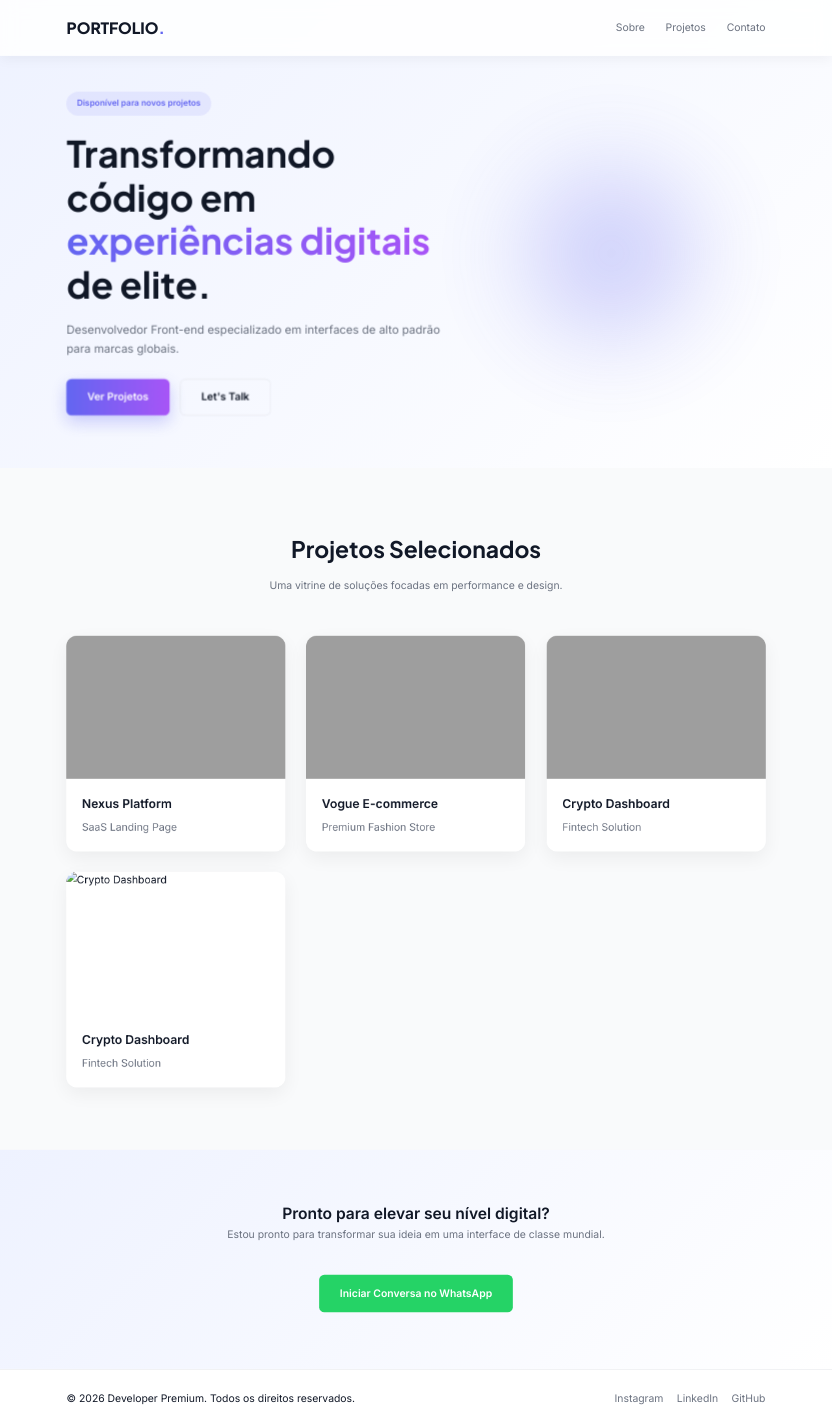
Repository: davidfsillva/David_Ferreira
Page: index.html
These files come from the project's save history. The page is drawn as it stood at one moment and after the next save; the edit follows.
The browser window is 1280 px wide. The pictures show the whole page, at 65% of full size.
Pictures or frames that could not be fetched are drawn as grey boxes.

Above is the page before, as saved 2026-02-11 10:19:47.
Not found: img/adv.png

### index.html
<!DOCTYPE html>
<html lang="pt-BR">
<head>
    <meta charset="UTF-8">
    <meta name="viewport" content="width=device-width, initial-scale=1.0">

    <title>David Ferreira | Desenvolvedor Front-end & UI Designer Premium</title>

    <!-- SEO Primário -->
    <meta name="description" content="David Ferreira é desenvolvedor front-end especializado em interfaces premium, landing pages de alta conversão e experiências digitais modernas.">
    <meta name="keywords" content="Desenvolvedor Front-end, Web Designer, UI Designer, Landing Page, Desenvolvimento Web, Freelancer Brasil">
    <meta name="author" content="David Ferreira">
    <meta name="robots" content="index, follow">
    <link rel="canonical" href="https://seudominio.com/">

    <!-- Open Graph (Facebook, LinkedIn) -->
    <meta property="og:title" content="David Ferreira | Desenvolvedor Front-end Premium">
    <meta property="og:description" content="Interfaces digitais de alto padrão, focadas em performance e conversão.">
    <meta property="og:image" content="https://seudominio.com/preview.jpg">
    <meta property="og:url" content="https://seudominio.com/">
    <meta property="og:type" content="website">

    <!-- Twitter Card -->
    <meta name="twitter:card" content="summary_large_image">
    <meta name="twitter:title" content="David Ferreira | Web Developer">
    <meta name="twitter:description" content="Desenvolvimento web premium focado em performance e design moderno.">
    <meta name="twitter:image" content="https://seudominio.com/preview.jpg">

    <!-- Favicon -->
    <link rel="icon" href="favicon.ico" type="image/x-icon">

    <!-- Fonts -->
    <link href="https://fonts.googleapis.com/css2?family=Inter:wght@300;400;600&family=Plus+Jakarta+Sans:wght@700;800&display=swap" rel="stylesheet">

    <link rel="stylesheet" href="style.css">
</head>


<body>

    <!-- NAVBAR -->
    <nav class="navbar">
        <div class="logo">PORTFOLIO<span>.</span></div>
        <ul class="nav-links">
            <li><a href="#about">Sobre</a></li>
            <li><a href="#portfolio">Projetos</a></li>
            <li><a href="#contact" class="btn-sm">Contato</a></li>
        </ul>
    </nav>

    <!-- HERO -->
    <section class="hero">
        <div class="hero-content">
            <span class="badge">Disponível para novos projetos</span>

            <h1>
                Transformando código em
                <span>experiências digitais</span> de elite.
            </h1>

            <p>
                Desenvolvedor Front-end especializado em interfaces de alto padrão para marcas globais.
            </p>

            <div class="hero-btns">
                <a href="#portfolio" class="btn-primary">Ver Projetos</a>
                <a href="#contact" class="btn-secondary">Let's Talk</a>
            </div>
        </div>

        <!-- Visual direito -->
        <div class="hero-visual">
            <div class="hero-glow"></div>
        </div>
    </section>

    <!-- PORTFÓLIO -->
    <section id="portfolio" class="portfolio">
        <div class="section-header">
            <h2>Projetos Selecionados</h2>
            <p>Uma vitrine de soluções focadas em performance e design.</p>
        </div>

        <div class="portfolio-grid">

            <!-- Projeto 1 -->
            <div class="project-card" onclick="openModal(0)">
                <div class="card-image">
                    <img src="https://images.unsplash.com/photo-1460925895917-afdab827c52f?auto=format&fit=crop&q=80&w=800"
                         alt="Nexus Platform">
                    <div class="card-overlay">
                        <span>Ver Detalhes</span>
                    </div>
                </div>
                <div class="card-info">
                    <h3>Nexus Platform</h3>
                    <p>SaaS Landing Page</p>
                </div>
            </div>

            <!-- Projeto 2 -->
            <div class="project-card" onclick="openModal(1)">
                <div class="card-image">
                    <img src="https://images.unsplash.com/photo-1551288049-bbbda536339a?auto=format&fit=crop&q=80&w=800"
                         alt="Vogue E-commerce">
                    <div class="card-overlay">
                        <span>Ver Detalhes</span>
                    </div>
                </div>
                <div class="card-info">
                    <h3>Vogue E-commerce</h3>
                    <p>Premium Fashion Store</p>
                </div>
            </div>

            <!-- Projeto 3 -->
            <div class="project-card" onclick="openModal(2)">
                <div class="card-image">
                    <img src="https://images.unsplash.com/photo-1558655146-d09347e92766?auto=format&fit=crop&q=80&w=800"
                         alt="Crypto Dashboard">
                    <div class="card-overlay">
                        <span>Ver Detalhes</span>
                    </div>
                </div>
                <div class="card-info">
                    <h3>Crypto Dashboard</h3>
                    <p>Fintech Solution</p>
                </div>
            </div>

                        <!-- Projeto 4 -->
            <div class="project-card" onclick="openModal(2)">
                <div class="card-image">
                    <img src="img/adv.png"
                         alt="Crypto Dashboard">
                    <div class="card-overlay">
                        <span>Ver Detalhes</span>
                    </div>
                </div>
                <div class="card-info">
                    <h3>Crypto Dashboard</h3>
                    <p>Fintech Solution</p>
                </div>
            </div>

        </div>
    </section>

    <!-- MODAL -->
    <div class="modal-overlay" id="modalOverlay">
        <div class="modal-content">
            <button class="close-modal">&times;</button>

            <div class="modal-body">
                <div class="modal-img" id="modalImg"></div>

                <div class="modal-text">
                    <h2 id="modalTitle">Nome do Projeto</h2>
                    <p id="modalDesc">Descrição detalhada aqui...</p>

                    <div class="tech-tags" id="modalTech"></div>

                    <div class="modal-actions">
                        <a href="#" class="btn-primary">Visitar Website</a>
                        <a href="https://wa.me/5599999999999" target="_blank" class="btn-secondary">
                            Solicitar Similar
                        </a>
                    </div>
                </div>
            </div>
        </div>
    </div>

    <!-- CTA -->
    <section id="contact" class="cta-section">
        <h2>Pronto para elevar seu nível digital?</h2>
        <p>Estou pronto para transformar sua ideia em uma interface de classe mundial.</p>

        <a href="https://wa.me/5599999999999" target="_blank" class="btn-whatsapp">
            Iniciar Conversa no WhatsApp
        </a>
    </section>

    <!-- FOOTER -->
    <footer>
        <div class="footer-content">
            <p>&copy; 2026 Developer Premium. Todos os direitos reservados.</p>

            <div class="social-links">
                <a href="#" target="_blank">Instagram</a>
                <a href="#" target="_blank">LinkedIn</a>
                <a href="#" target="_blank">GitHub</a>
            </div>
        </div>
    </footer>

    <!-- JS -->
    <script src="scripts.js"></script>

</body>
</html>

### style.css
:root {
  --primary: #6366f1;
  --primary-light: #818cf8;
  --accent: #a855f7;
  --text-dark: #111827;
  --text-light: #6b7280;
  --bg-light: #f9fafb;
  --white: #ffffff;
  --transition: all 0.3s ease;
}

/* RESET */
* {
  margin: 0;
  padding: 0;
  box-sizing: border-box;
}

html {
  scroll-behavior: smooth;
}

body {
  font-family: 'Inter', sans-serif;
  background: var(--bg-light);
  color: var(--text-dark);
  line-height: 1.6;
  animation: fadePage 0.8s ease-in-out;
}

@keyframes fadePage {
  from { opacity: 0; transform: translateY(10px); }
  to { opacity: 1; transform: translateY(0); }
}

/* NAVBAR */
.navbar {
  position: fixed;
  width: 100%;
  top: 0;
  padding: 1.5rem 8%;
  display: flex;
  justify-content: space-between;
  align-items: center;
  background: rgba(255,255,255,0.85);
  backdrop-filter: blur(12px);
  box-shadow: 0 4px 20px rgba(0,0,0,0.05);
  z-index: 1000;
  transition: var(--transition);
}

.logo {
  font-family: 'Plus Jakarta Sans', sans-serif;
  font-weight: 800;
  font-size: 1.5rem;
}

.logo span {
  color: var(--primary);
}

.nav-links {
  display: flex;
  list-style: none;
  gap: 2rem;
}

.nav-links a {
  text-decoration: none;
  color: var(--text-light);
  font-weight: 500;
  transition: var(--transition);
}

.nav-links a:hover {
  color: var(--primary);
  transform: translateY(-2px);
}

/* HERO */
.hero {
  min-height: 100vh;
  padding: 120px 8% 60px;
  display: flex;
  align-items: center;
  justify-content: space-between;
  background: linear-gradient(135deg, #eef2ff, #ffffff);
  flex-wrap: wrap;
}

.hero-content {
  max-width: 600px;
  animation: heroFade 1s ease 0.2s both;
}

@keyframes heroFade {
  from { opacity: 0; transform: translateY(40px); }
  to { opacity: 1; transform: translateY(0); }
}

.badge {
  display: inline-block;
  padding: 0.5rem 1rem;
  background: rgba(99,102,241,0.1);
  color: var(--primary);
  border-radius: 20px;
  font-size: 0.8rem;
  font-weight: 600;
  margin-bottom: 1.5rem;
}

.hero h1 {
  font-family: 'Plus Jakarta Sans', sans-serif;
  font-size: clamp(2rem, 5vw, 3.5rem);
  line-height: 1.2;
  margin-bottom: 1.5rem;
}

.hero h1 span {
  background: linear-gradient(90deg, var(--primary), var(--accent));
  -webkit-background-clip: text;
  -webkit-text-fill-color: transparent;
}

.hero p {
  font-size: 1.1rem;
  color: var(--text-light);
  margin-bottom: 2rem;
}

/* BUTTONS */
.btn-primary,
.btn-secondary,
.btn-whatsapp {
  display: inline-block;
  padding: 0.9rem 2rem;
  border-radius: 8px;
  text-decoration: none;
  font-weight: 600;
  transition: all 0.3s ease;
  position: relative;
  overflow: hidden;
}

.btn-primary {
  background: linear-gradient(90deg, var(--primary), var(--accent));
  color: white;
  box-shadow: 0 10px 25px rgba(99,102,241,0.3);
}

.btn-primary:hover {
  transform: translateY(-4px) scale(1.03);
}

.btn-primary:active {
  transform: scale(0.96);
}

.btn-primary::after {
  content: "";
  position: absolute;
  width: 200%;
  height: 200%;
  background: radial-gradient(circle, rgba(255,255,255,0.4), transparent 60%);
  top: -50%;
  left: -50%;
  opacity: 0;
  transition: opacity 0.4s ease;
}

.btn-primary:hover::after {
  opacity: 1;
}

.btn-secondary {
  border: 1px solid #e5e7eb;
  color: var(--text-dark);
  margin-left: 1rem;
}

.btn-secondary:hover {
  background: #f3f4f6;
  transform: translateY(-4px);
}

.btn-secondary:active {
  transform: scale(0.96);
}

.btn-whatsapp {
  background: #25d366;
  color: white;
}

.btn-whatsapp:hover {
  transform: translateY(-4px) scale(1.03);
}

.btn-whatsapp:active {
  transform: scale(0.96);
}

.hero-btns {
  display: flex;
  flex-wrap: wrap;
}

/* HERO VISUAL */
.hero-visual {
  flex: 1;
  min-height: 400px;
  display: flex;
  justify-content: center;
  align-items: center;
}

.hero-glow {
  width: 350px;
  height: 350px;
  background: radial-gradient(circle, rgba(99,102,241,0.4), transparent 70%);
  border-radius: 50%;
  filter: blur(60px);
  animation: pulseGlow 4s infinite ease-in-out;
}

@keyframes pulseGlow {
  0% { transform: scale(1); opacity: 0.7; }
  50% { transform: scale(1.1); opacity: 1; }
  100% { transform: scale(1); opacity: 0.7; }
}

/* PORTFOLIO */
.portfolio {
  padding: 6rem 8%;
}

.section-header {
  text-align: center;
  margin-bottom: 4rem;
}

.section-header h2 {
  font-family: 'Plus Jakarta Sans', sans-serif;
  font-size: 2.2rem;
  margin-bottom: 1rem;
}

.section-header p {
  color: var(--text-light);
}

.portfolio-grid {
  display: grid;
  grid-template-columns: repeat(auto-fit, minmax(280px, 1fr));
  gap: 2rem;
}

.project-card {
  background: var(--white);
  border-radius: 16px;
  overflow: hidden;
  box-shadow: 0 10px 30px rgba(0,0,0,0.06);
  cursor: pointer;
  transition: transform 0.4s ease, box-shadow 0.4s ease;
  will-change: transform;
}

.project-card:hover {
  transform: translateY(-12px) scale(1.03);
  box-shadow: 0 25px 50px rgba(99,102,241,0.2);
}

.card-image {
  position: relative;
  overflow: hidden;
}

.card-image img {
  width: 100%;
  height: 220px;
  object-fit: cover;
  display: block;
  transition: transform 0.6s ease;
}

.project-card:hover .card-image img {
  transform: scale(1.08);
}

.card-overlay {
  position: absolute;
  inset: 0;
  background: rgba(99,102,241,0.8);
  display: flex;
  justify-content: center;
  align-items: center;
  color: white;
  font-weight: 600;
  opacity: 0;
  transition: opacity 0.4s ease;
}

.project-card:hover .card-overlay {
  opacity: 1;
}

.card-info {
  padding: 1.5rem;
}

.card-info h3 {
  margin-bottom: 0.5rem;
}

.card-info p {
  color: var(--text-light);
}

/* CTA */
.cta-section {
  padding: 5rem 8%;
  text-align: center;
  background: linear-gradient(135deg, #eef2ff, #ffffff);
}

/* FOOTER */
footer {
  padding: 2rem 8%;
  background: var(--white);
  border-top: 1px solid #e5e7eb;
}

.footer-content {
  display: flex;
  justify-content: space-between;
  flex-wrap: wrap;
  gap: 1rem;
}

.social-links a {
  text-decoration: none;
  margin-left: 1rem;
  color: var(--text-light);
  transition: var(--transition);
}

.social-links a:hover {
  color: var(--primary);
  transform: translateY(-2px);
}

.cta-section p {
  color: var(--text-light);
  margin-bottom: 2.5rem; /* aumenta espaço abaixo do texto */
}

.btn-whatsapp {
  display: inline-block;
  background: #25d366;
  color: white;
  padding: 1rem 2rem;
  border-radius: 8px;
  text-decoration: none;
  font-weight: 600;
  transition: var(--transition);
  margin-top: 0.5rem; /* pequeno respiro extra */
}


/* MODAL */
.modal-overlay {
  position: fixed;
  inset: 0;
  background: rgba(0,0,0,0.6);
  display: none;
  justify-content: center;
  align-items: center;
  padding: 2rem;
  z-index: 2000;
}

.modal-content {
  background: white;
  width: 100%;
  max-width: 900px;
  border-radius: 20px;
  overflow: hidden;
  animation: modalZoom 0.4s cubic-bezier(.23,1,.32,1);
  position: relative;
}

@keyframes modalZoom {
  from { opacity: 0; transform: scale(0.85) translateY(20px); }
  to { opacity: 1; transform: scale(1) translateY(0); }
}

.modal-body {
  display: grid;
  grid-template-columns: 1fr 1fr;
}

.modal-img {
  min-height: 300px;
  background-size: cover !important;
}

.modal-text {
  padding: 2rem;
}

.close-modal {
  position: absolute;
  top: 20px;
  right: 25px;
  background: none;
  border: none;
  font-size: 2rem;
  cursor: pointer;
  transition: transform 0.3s ease;
}

.close-modal:hover {
  transform: rotate(90deg);
}

/* RESPONSIVO */
@media (max-width: 900px) {
  .hero {
    flex-direction: column;
    text-align: center;
  }

  .hero-visual {
    margin-top: 3rem;
  }

  .modal-body {
    grid-template-columns: 1fr;
  }
}

@media (max-width: 600px) {
  .navbar {
    padding: 1rem 5%;
  }

  .nav-links {
    display: none;
  }

  .hero {
    padding: 100px 5% 60px;
  }

  .portfolio {
    padding: 4rem 5%;
  }

  .cta-section {
    padding: 4rem 5%;
  }

  footer {
    padding: 2rem 5%;
  }

  .footer-content {
    flex-direction: column;
    text-align: center;
  }

  .social-links a {
    margin: 0 0.5rem;
  }
}

### scripts.js
// =============================
// NAVBAR SCROLL EFFECT
// =============================
const navbar = document.querySelector(".navbar");

window.addEventListener("scroll", () => {
  if (window.scrollY > 50) {
    navbar.style.padding = "1rem 8%";
    navbar.style.boxShadow = "0 8px 25px rgba(0,0,0,0.08)";
  } else {
    navbar.style.padding = "1.5rem 8%";
    navbar.style.boxShadow = "0 4px 20px rgba(0,0,0,0.05)";
  }
});

// =============================
// MODAL FUNCTIONALITY
// =============================
const modal = document.querySelector(".modal-overlay");
const modalImg = document.querySelector(".modal-img");
const modalTitle = document.querySelector(".modal-text h3");
const modalDesc = document.querySelector(".modal-text p");
const closeModal = document.querySelector(".close-modal");

const projectCards = document.querySelectorAll(".project-card");

projectCards.forEach(card => {
  card.addEventListener("click", () => {
    const title = card.querySelector("h3").innerText;
    const desc = card.querySelector("p").innerText;
    const img = card.querySelector("img").src;

    modalTitle.innerText = title;
    modalDesc.innerText = desc;
    modalImg.style.backgroundImage = `url(${img})`;

    modal.style.display = "flex";
    document.body.style.overflow = "hidden";
  });
});

// Fechar modal
closeModal.addEventListener("click", () => {
  modal.style.display = "none";
  document.body.style.overflow = "auto";
});

// Fechar clicando fora
modal.addEventListener("click", (e) => {
  if (e.target === modal) {
    modal.style.display = "none";
    document.body.style.overflow = "auto";
  }
});

// Fechar com ESC
document.addEventListener("keydown", (e) => {
  if (e.key === "Escape") {
    modal.style.display = "none";
    document.body.style.overflow = "auto";
  }
});

// =============================
// SCROLL REVEAL ANIMATION
// =============================
const revealElements = document.querySelectorAll(
  ".hero-content, .project-card, .section-header, .cta-section"
);

const observer = new IntersectionObserver(
  (entries) => {
    entries.forEach(entry => {
      if (entry.isIntersecting) {
        entry.target.style.opacity = "1";
        entry.target.style.transform = "translateY(0)";
      }
    });
  },
  { threshold: 0.2 }
);

revealElements.forEach(el => {
  el.style.opacity = "0";
  el.style.transform = "translateY(40px)";
  el.style.transition = "all 0.8s ease";
  observer.observe(el);
});

// =============================
// BUTTON MICRO INTERACTION
// =============================
const buttons = document.querySelectorAll(".btn-primary, .btn-secondary, .btn-whatsapp");

buttons.forEach(btn => {
  btn.addEventListener("mouseenter", () => {
    btn.style.transform = "scale(1.05)";
  });

  btn.addEventListener("mouseleave", () => {
    btn.style.transform = "scale(1)";
  });
});

After the next save:
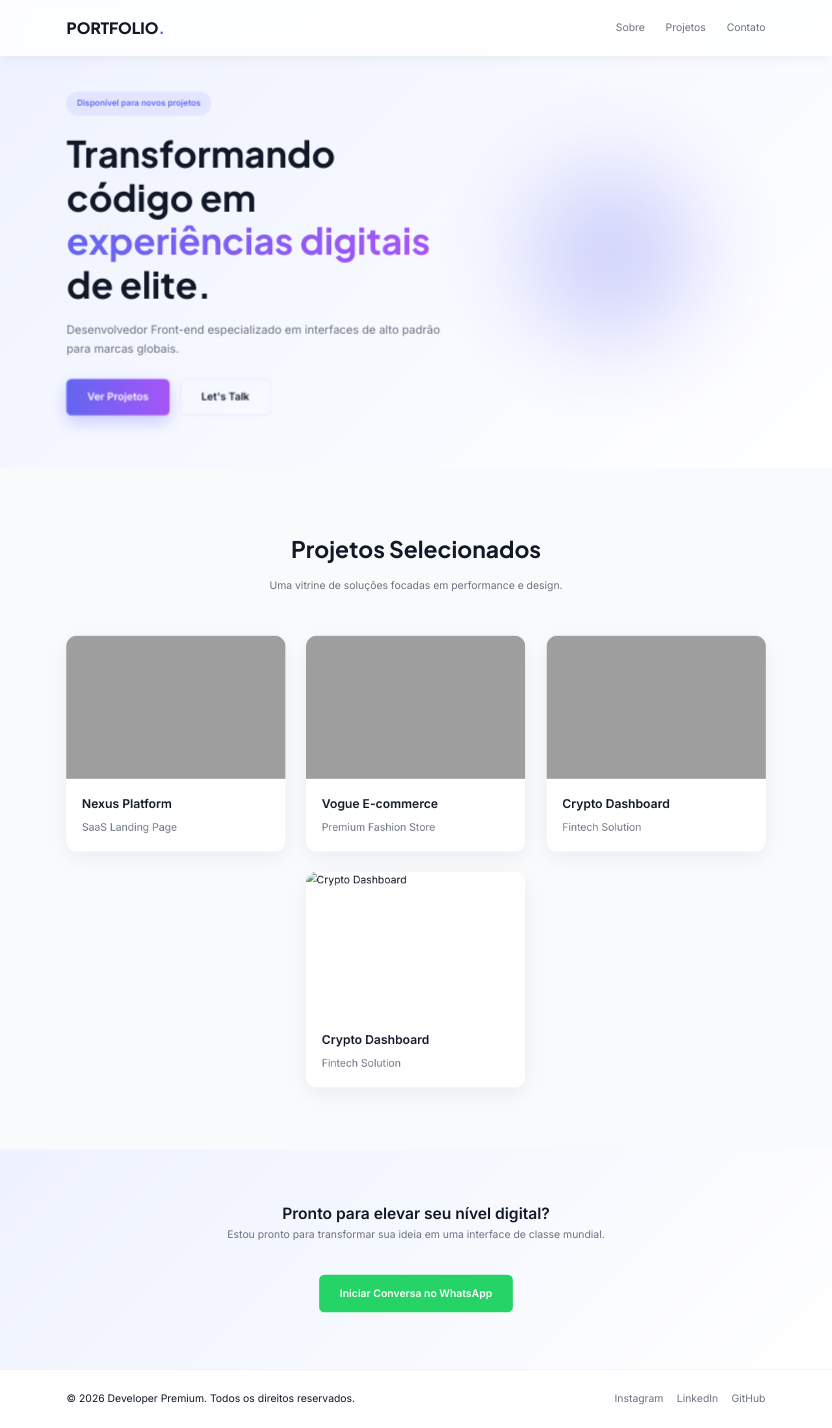
Saved 74 s later.
--- a/index.html
+++ b/index.html
@@ -129,6 +129,7 @@
             </div>
 
                         <!-- Projeto 4 -->
+                         <a href="https://davidfsillva.github.io/beatriz-almeida-adv/" target="_blank" class="project-link"></a>
             <div class="project-card" onclick="openModal(2)">
                 <div class="card-image">
                     <img src="img/adv.png"

After the 2 saves that followed:
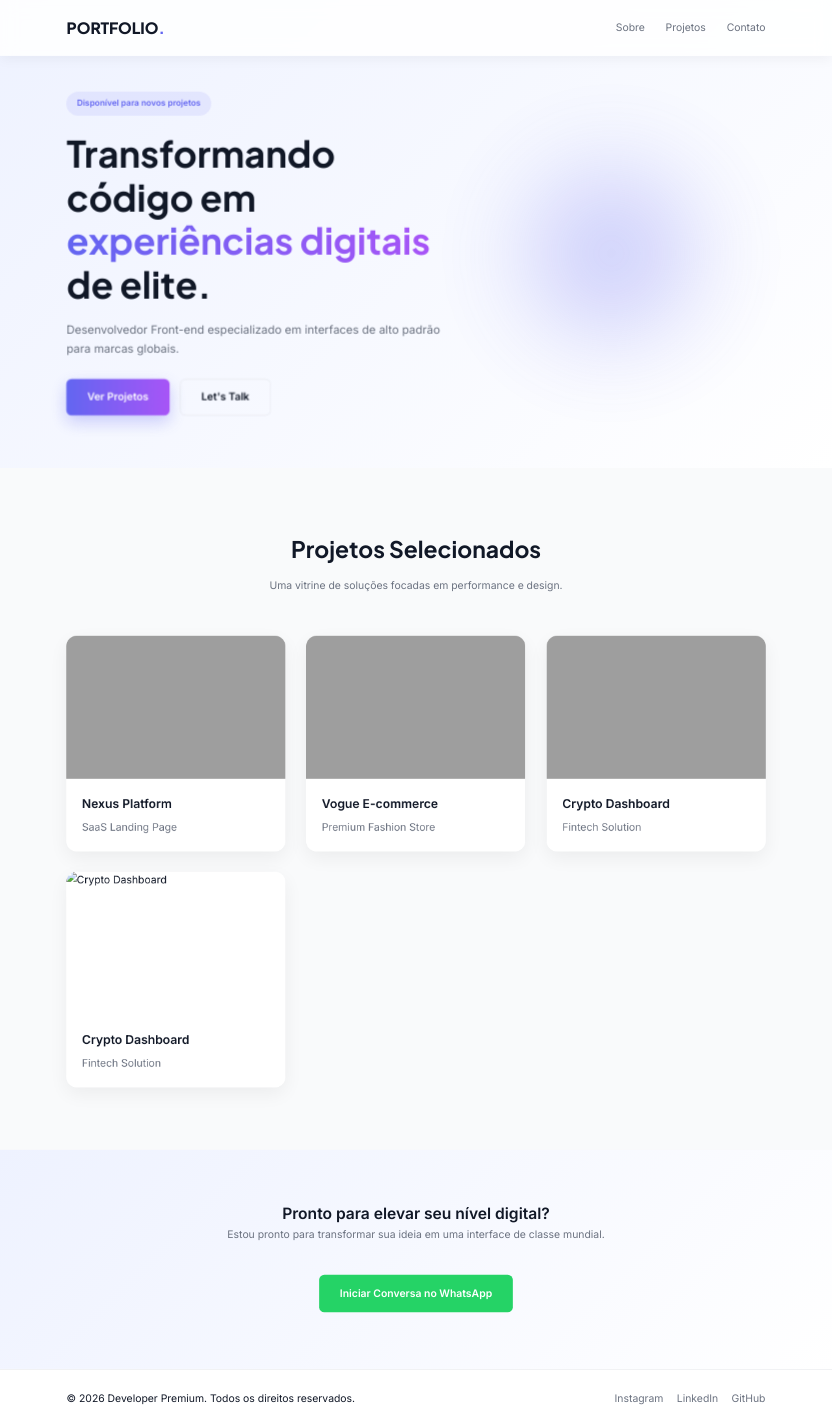
The 2 saves are shown as one change because 1 left the picture as it was.
The last was saved 26 s later.
--- a/index.html
+++ b/index.html
@@ -129,7 +129,7 @@
             </div>
 
                         <!-- Projeto 4 -->
-                         <a href="https://davidfsillva.github.io/beatriz-almeida-adv/" target="_blank" class="project-link"></a>
+
             <div class="project-card" onclick="openModal(2)">
                 <div class="card-image">
                     <img src="img/adv.png"
